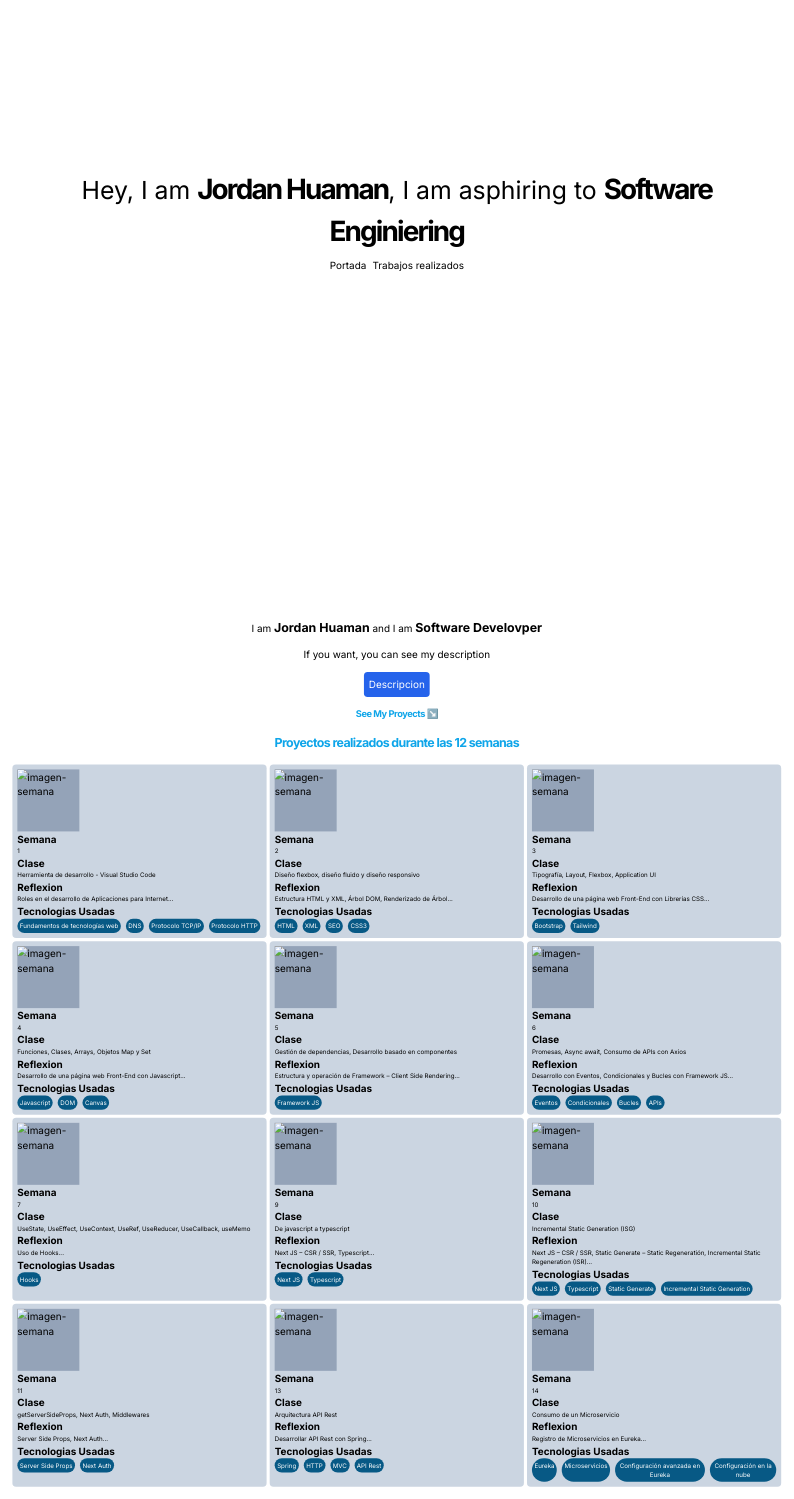
Repository: devsecops-node/portafolio-nextj-pages
Page: /
The author's editor kept a copy of each file at every save. The page is drawn from the files as they stood at one save, then again after the next save.
The browser window is 1280 px wide. The pictures show the whole page, at 62% of full size.
The project was rebuilt for these pictures with package versions that can differ from the ones it lists, and the page was loaded fresh each time. The framework's server and built-in components were replaced by stand-ins that run in the browser. Also part of the build but not shown: next.config.js, src/components/Modal.jsx, src/styles/transitionPage.module.css.

Above is the page before, as saved 2024-01-15 04:54:46.

### src/app/page.js
"use client"
import Dashboard from '@/components/Dashboard'
import Transition from '@/components/Transition'
import Image from 'next/image'
import { useEffect, useState } from 'react'

export default function Home() {
  const [showAnimation, setShowAnimation] = useState(true)

  useEffect(() => {
    console.log('Ejecutando')
    setTimeout(() => {
      setShowAnimation(false)
    }, 2000)
  }, [])
  return (
    <main className='h-[100vh]'>
      {showAnimation ? <Transition /> : <Dashboard />}
    </main>
  )
}

### src/components/Dashboard.jsx
import React from 'react'
import stles from "@/styles/dashboard.module.css"
import Portada from './Portada'
import { useRef } from 'react'
import Proyects from './Proyects'

const Dashboard = () => {

  const scrollToPortada = () => {
    const portada = document.getElementById('portada')

    if (portada) {
      console.log('ejecutando id')
      portada.scrollIntoView({ behavior: 'smooth' })
    }
  }

  const scrollToProyects = () => {
    const portada = document.getElementById('proyects')

    if (portada) {
      console.log('ejecutando id')
      portada.scrollIntoView({ behavior: 'smooth' })
    }
  }

  return (
    <section className={stles.home_view}>
      <div className='h-screen flex justify-center items-center flex-col'>
        <div className={stles.home_view_principal}>
          <p className={stles.animar_text} id='detec'> Hey, I am <span className="animacion-bolder">Jordan
            Huaman</span>, I am asphiring to <span className={stles.detect}>Software Enginiering</span>
          </p>
        </div>
        <div className={stles.home_view_links}>
          <a onClick={scrollToPortada} className={stles.animar_abajo}>
            <p>Portada</p>
          </a>
          {/* <a href="" className={stles.animar_abajo}>
            <p>Bienvenida Introduccion</p>
          </a>
          <a href="" className={stles.animar_arriba}>
            <p>Tabla de contenido</p>
          </a><a href="" className={stles.animar_arriba}>
            <p>Informacion sobre mi</p>
          </a> */}
          <a  onClick={scrollToProyects} className={stles.animar_abajo}>
            <p>Trabajos realizados</p>
          </a>

        </div>
        <div>
        </div>
      </div>
      <div id='portada'>
        <Portada scrolProyects={scrollToProyects}/>
      </div>
      <div id='proyects'>
        <Proyects/>
      </div>
    </section>
  )
}

export default Dashboard

### src/components/Transition.jsx
import React from 'react'
import styles from "@/styles/transitionPage.module.css"

const Transition = () => {
  return (
    <div className={styles.home}>
      <main className=''>
        <p className={styles.text_1}>Jh</p>
        <p className={styles.text_2}>Jordan Huaman - Porfolio</p>
      </main>
      <footer>
        <p className={styles.text_3}>Software Engineerin - 2024</p>
      </footer>
    </div>
  )
}

export default Transition

### src/styles/dashboard.module.css
/* ? Home-view part */
.home_view {
  height: 100%;
}

.animar_text {
  animation: apper-2 2s;
  -webkit-animation: apper-2 2s;
}

.home_view_principal {
  width: 90%;
  margin: 0 auto;
}

.home_view_principal p {
  text-align: center;
  font-size: 40px;
}

.home_view_principal p span {
  font-size: 45px;
  letter-spacing: -3px;
  font-weight: bold;
}

.home_view_principal p span:hover .child {
  background-color: red;
}

@keyframes apper-2 {
  0% {
    opacity: 0;
    transform: translateY(-200px);
    -webkit-transform: translateY(-200px);
    -moz-transform: translateY(-200px);
    -ms-transform: translateY(-200px);
    -o-transform: translateY(-200px);
  }

  50% {
    opacity: 1;
    transform: translateY(-20px);
    -webkit-transform: translateY(-20px);
    -moz-transform: translateY(-20px);
    -ms-transform: translateY(-20px);
    -o-transform: translateY(-20px);
  }

  100% {
    opacity: 1;
    transform: translateY(0px);
    -webkit-transform: translateY(0px);
    -moz-transform: translateY(0px);
    -ms-transform: translateY(0px);
    -o-transform: translateY(0px);
  }
}

.home_view_links {
  display: flex;
  padding: 10px;
  justify-content: space-between;
  gap: 10px;
}

/* Line aniamtion */
.line-animation {
  display: inline;
  cursor: pointer;
  position: relative;
  /* padding: 5px; */
}

.line-animation::after {
  /* margin-top: 10px; */
  content: "";
  position: absolute;
  width: 100%;
  height: 3px;
  top: auto;
  bottom: 14px;
  left: -4px;
  transform: scaleX(0);
  box-shadow: 0 5px 0 black;
  transform-origin: bottom right;
  transition: transform 0.5s ease-out;
}

.line-animation:hover:after {
  transform: scaleX(1);
  transform-origin: bottom left;
}

.animacion-bolder {
  animation: animar-bold 2s linear alternate slidein;
  -webkit-animation: animar-bold 2s linear alternate slidein;
}

.animar_arriba{
  animation: apper-arriba 2s;
  -webkit-animation: apper-arriba 2s;
}
.animar_abajo{
  cursor: pointer;
  animation: apper-abajo 2s;
  -webkit-animation: apper-abajo 2s;

}

@keyframes apper-arriba {
  0% {
    opacity: 0;
    transform: translateY(200px);
    -webkit-transform: translateY(200px);
    -moz-transform: translateY(200px);
    -ms-transform: translateY(200px);
    -o-transform: translateY(200px);
}

  50% {
    opacity: 1;
    transform: translateY(-20px);
    -webkit-transform: translateY(-20px);
    -moz-transform: translateY(-20px);
    -ms-transform: translateY(-20px);
    -o-transform: translateY(-20px);
  }

  100% {
    opacity: 1;
    transform: translateY(0px);
    -webkit-transform: translateY(0px);
    -moz-transform: translateY(0px);
    -ms-transform: translateY(0px);
    -o-transform: translateY(0px);
  }
}
@keyframes apper-abajo {
  0% {
    opacity: 0;
    transform: translateY(-200px);
    -webkit-transform: translateY(-200px);
    -moz-transform: translateY(-200px);
    -ms-transform: translateY(-200px);
    -o-transform: translateY(-200px);
}

  50% {
    opacity: 1;
    transform: translateY(-20px);
    -webkit-transform: translateY(-20px);
    -moz-transform: translateY(-20px);
    -ms-transform: translateY(-20px);
    -o-transform: translateY(-20px);
  }

  100% {
    opacity: 1;
    transform: translateY(0px);
    -webkit-transform: translateY(0px);
    -moz-transform: translateY(0px);
    -ms-transform: translateY(0px);
    -o-transform: translateY(0px);
  }
}

@keyframes animar-bold {
  0% {
    opacity: 0;
  }

  100% {
    opacity: 1;
  }
}

### src/components/Portada.jsx
import React, { useState } from 'react'
import Modal from './Modal'

const Portada = ({ scrolProyects }) => {
  const [modal, setModal] = useState(false)
  const showModal = () => {
    setModal(true)
  }
  const closeModal = () => {
    setModal(false)
  }

  const srolPro = () => {
    scrolProyects()
  }

  return (
    <div className='h-screen flex justify-center items-center relative'>
      <section className='flex justify-center flex-col items-center gap-4'>
        <p>I am <span className='text-[20px] font-bold'>Jordan Huaman</span> and I am <span className='text-[20px] font-bold'>Software Develovper</span></p>
        <p>If you want, you can see my description</p>
        <button onClick={showModal} className='bg-blue-600 p-2 rounded-md text-white hover:scale-105 duration-150 ease-in-out'>Descripcion</button>
        {modal ? <Modal setModal={closeModal}  /> : <></>}
        <p className='text-sky-500 font-bold tracking-tighter text-[15px] transition-all duration-150 hover:scale-105 ease-in-out cursor-pointer' onClick={srolPro}>See My Proyects <span>↘️</span></p>
      </section>
    </div>
  )
}

export default Portada

### src/components/Proyects.jsx
import React from 'react'
import Card from './Card';
import styles from '@/styles/proyectos.module.css'

const Proyects = () => {
  const planDeEstudios = [
    {
      semana: 1,
      tecnologias_usadas: [
        "Fundamentos de tecnologías web",
        "DNS",
        "Protocolo TCP/IP",
        "Protocolo HTTP"
      ],
      reflexion: "Roles en el desarrollo de Aplicaciones para Internet",
      proyecto: "Desarrollo de una aplicación web",
      resumen_de_clase: "Herramienta de desarrollo - Visual Studio Code"
    },
    {
      semana: 2,
      tecnologias_usadas: ["HTML", "XML", "SEO", "CSS3"],
      reflexion: "Estructura HTML y XML, Árbol DOM, Renderizado de Árbol",
      proyecto: "Diseño de una página web",
      resumen_de_clase: "Diseño flexbox, diseño fluido y diseño responsivo"
    },
    {
      semana: 3,
      tecnologias_usadas: ["Bootstrap", "Tailwind"],
      reflexion: "Desarrollo de una página web Front-End con Librerías CSS",
      proyecto: "Práctica Calificada 01: Desarrollo de un sitio web con framework",
      resumen_de_clase: "Tipografía, Layout, Flexbox, Application UI"
    },
    {
      semana: 4,
      tecnologias_usadas: ["Javascript", "DOM", "Canvas"],
      reflexion: "Desarrollo de una página web Front-End con Javascript",
      proyecto: "Trabajo 01: Manejar el DOM con Javascript y Canvas",
      resumen_de_clase: "Funciones, Clases, Arrays, Objetos Map y Set"
    },
    {
      semana: 5,
      tecnologias_usadas: ["Framework JS"],
      reflexion: "Estructura y operación de Framework – Client Side Rendering",
      proyecto: "Laboratorio 05A: Pasar datos con props y children y mostrar en un componente hijo",
      resumen_de_clase: "Gestión de dependencias, Desarrollo basado en componentes"
    },
    {
      semana: 6,
      tecnologias_usadas: ["Eventos", "Condicionales", "Bucles", "APIs"],
      reflexion: "Desarrollo con Eventos, Condicionales y Bucles con Framework JS",
      proyecto: "Laboratorio 06A: Eventos y Renderizado Condicional e iterativo con datos de una API",
      resumen_de_clase: "Promesas, Async await, Consumo de APIs con Axios"
    },
    {
      semana: 7,
      tecnologias_usadas: ["Hooks"],
      reflexion: "Uso de Hooks",
      proyecto: "Laboratorio 09: Uso de hooks",
      resumen_de_clase: "UseState, UseEffect, UseContext, UseRef, UseReducer, UseCallback, useMemo"
    },
    {
      semana: 9,
      tecnologias_usadas: ["Next JS", "Typescript"],
      reflexion: "Next JS – CSR / SSR, Typescript",
      proyecto: "Laboratorio 10: Caso práctico consumo de API",
      resumen_de_clase: "De javascript a typescript"
    },
    {
      semana: 10,
      tecnologias_usadas: ["Next JS", "Typescript", "Static Generate", "Incremental Static Generation"],
      reflexion: "Next JS – CSR / SSR, Static Generate – Static Regeneratión, Incremental Static Regeneration (ISR)",
      proyecto: "Laboratorio 10: Caso práctico consumo de API",
      resumen_de_clase: "Incremental Static Generation (ISG)"
    },
    {
      semana: 11,
      tecnologias_usadas: ["Server Side Props", "Next Auth"],
      reflexion: "Server Side Props, Next Auth",
      proyecto: "Laboratorio 11: Subsistema de autenticación con Next JS",
      resumen_de_clase: "getServerSideProps, Next Auth, Middlewares"
    },
    {
      semana: 13,
      tecnologias_usadas: ["Spring", "HTTP", "MVC", "API Rest"],
      reflexion: "Desarrollar API Rest con Spring",
      proyecto: "Laboratorio 13: Desarrollo de una API Rest y Despliegue.",
      resumen_de_clase: "Arquitectura API Rest"
    },
    {
      semana: 14,
      tecnologias_usadas: ["Eureka", "Microservicios", "Configuración avanzada en Eureka", "Configuración en la nube"],
      reflexion: "Registro de Microservicios en Eureka",
      proyecto: "Resumen del registro de microservicio",
      resumen_de_clase: "Consumo de un Microservicio"
    }
  ];

  return (
    <div className='h-screen flex justify-center items-center flex-col'>
      <p className='text-sky-500 font-bold text-[20px]  tracking-tighter'>Proyectos realizados durante las 12 semanas</p>
      <div className={styles.proyectos}>
        {planDeEstudios.map(proyec => <Card key={proyec.semana} proyect={proyec} />)}
      </div>
    </div>
  )
}

export default Proyects

### src/components/Card.jsx
import React from 'react'

const Card = ({ proyect }) => {
  return (
    <section className='bg-slate-300 p-2 rounded-md'>
      <img src="" alt="imagen-semana" width={100} height={100} className='bg-slate-400' />
      <div>
        <p className='font-bold'>Semana</p>
        <p className='text-[10px]'>{proyect.semana}</p>
      </div>
      <div>
        <p className='font-bold'>Clase</p>
        <p className='text-[10px]'>{proyect.resumen_de_clase}</p>
      </div>
      <div>
        <p className='font-bold'>Reflexion</p>
        <p className='text-[10px]'>{proyect.reflexion}...</p>
      </div>
      <div>
        <p className='font-bold'>Tecnologias Usadas</p>
        <div className='flex gap-2'>
          {proyect.tecnologias_usadas.map(tec => <p className='text-[10px] bg-sky-800 text-white p-1 rounded-full text-center'>{tec}</p>)}
        </div>
      </div>
    </section>
  )
}

export default Card

### src/styles/proyectos.module.css
.proyectos{
  display: grid;
  grid-template-columns: repeat(3,1fr);
  gap: 5px;
  padding: 20px;
}

Loaded but not shown: src/app/layout.js (common file); src/app/globals.css (common file); tailwind.config.js (common file)

After the next save:
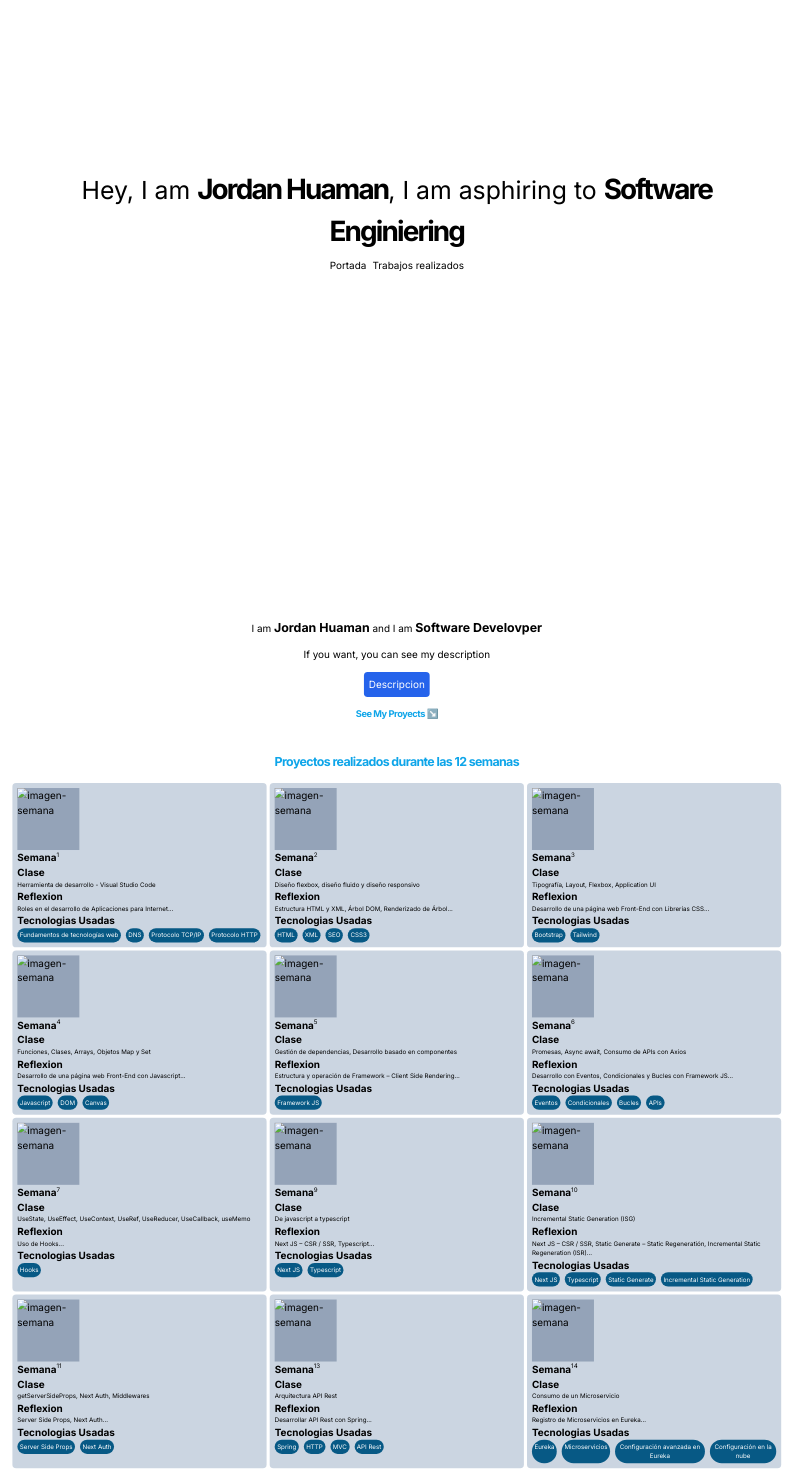
Saved 20 s later.
--- a/src/components/Card.jsx
+++ b/src/components/Card.jsx
@@ -4,7 +4,7 @@ const Card = ({ proyect }) => {
   return (
     <section className='bg-slate-300 p-2 rounded-md'>
       <img src="" alt="imagen-semana" width={100} height={100} className='bg-slate-400' />
-      <div>
+      <div className='flex'>
         <p className='font-bold'>Semana</p>
         <p className='text-[10px]'>{proyect.semana}</p>
       </div>
